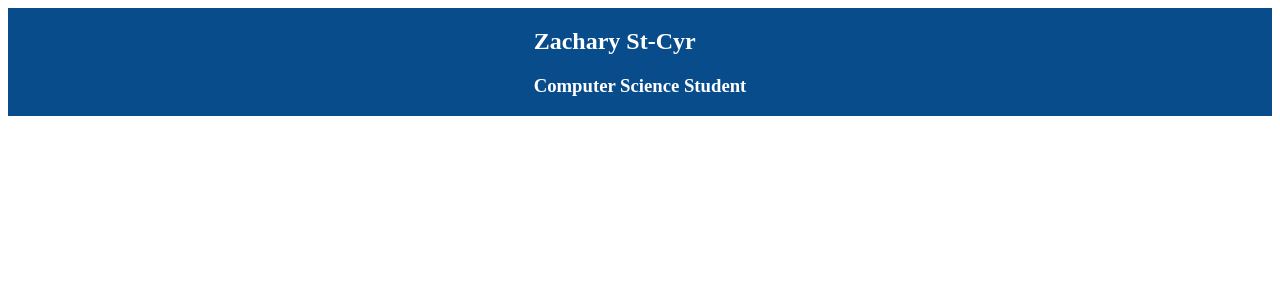
Repository: zackaroo20/Resume-CV
Page: CV.html
The author's editor kept a copy of each file at every save. The page is drawn from the files as they stood at one save, then again after the next save.
The browser window is 1280 px wide. The pictures show the whole page.

Above is the page before, as saved 2026-03-02 15:12:15.

### CV.html
<!DOCTYPE html>
<html lang="en">
<head>
    <meta charset="UTF-8">
    <meta name="viewport" content="width=device-width, initial-scale=1.0">
    <title>Document</title>
    <link rel="stylesheet" href="CV.css">
</head>
<main>
<body>
    <header>
        <section>
            <h1>Zachary St-Cyr  </h1> <h3>Computer Science Student</h3>
        </section>





    </header>

</body>
</main>
</html>

### CV.css

header{

    background-color:#084c8b;
    color: white;
    display: flex;
    justify-content: space-evenly

}
aside{
    background-color: red;
}

After the next save:
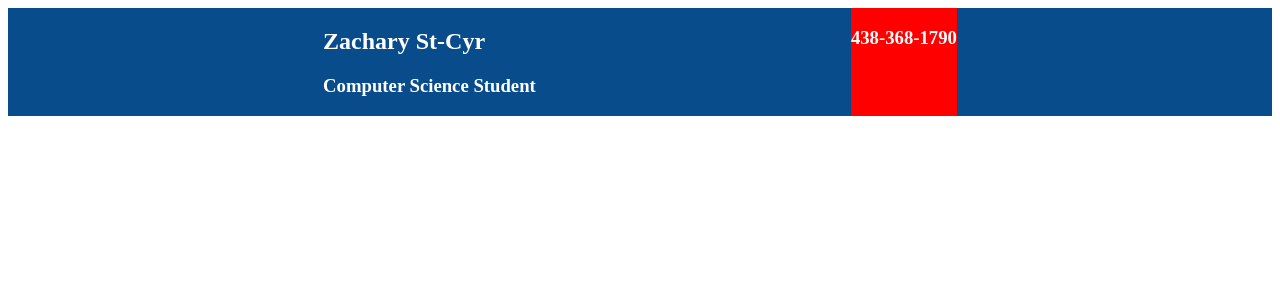
Saved 74 s later.
--- a/CV.html
+++ b/CV.html
@@ -12,7 +12,9 @@
         <section>
             <h1>Zachary St-Cyr  </h1> <h3>Computer Science Student</h3>
         </section>
-
+        <aside>
+            <h3>438-368-1790</h3>
+        </aside>
 
 
 
